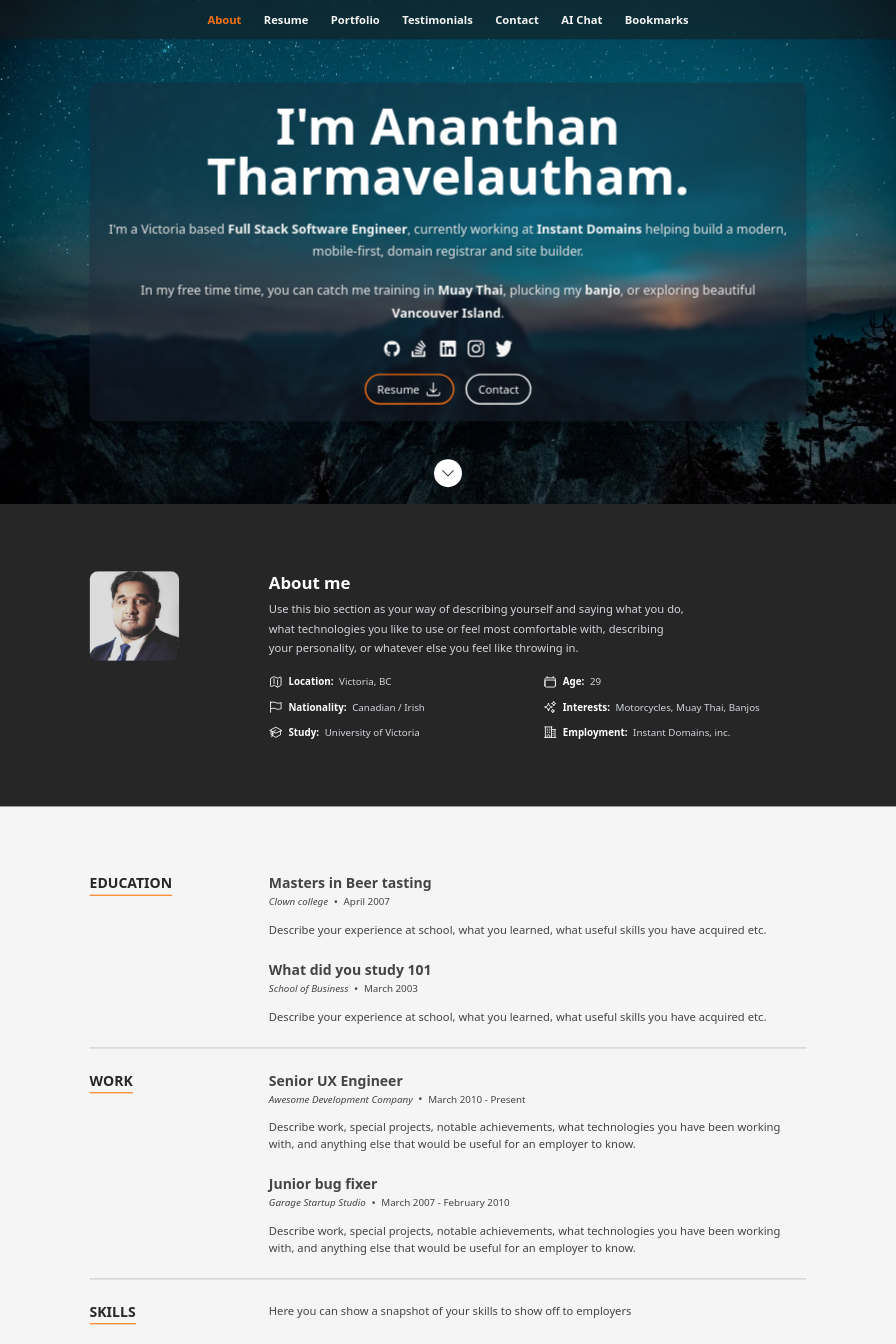
Repository: ananthantharma/portfolio
Page: /
An editor plug-in stored every save of this project. The page is shown before and after the next save, followed by the edit.
The browser window is 1280 px wide. The pictures show the part of the page from y = 0 to 1920 px (the page is 4608 px tall), at 70% of full size.
Backgrounds fixed to the window are drawn as part of the page. The project was rebuilt for these pictures with package versions that can differ from the ones it lists, and the page was loaded fresh each time. The framework's server and built-in components were replaced by stand-ins that run in the browser. Also part of the build but not shown: next.config.js, src/components/Icon/FacebookIcon.tsx.

Above is the page before, as saved 2023-08-30 00:13:38.

After the next save:
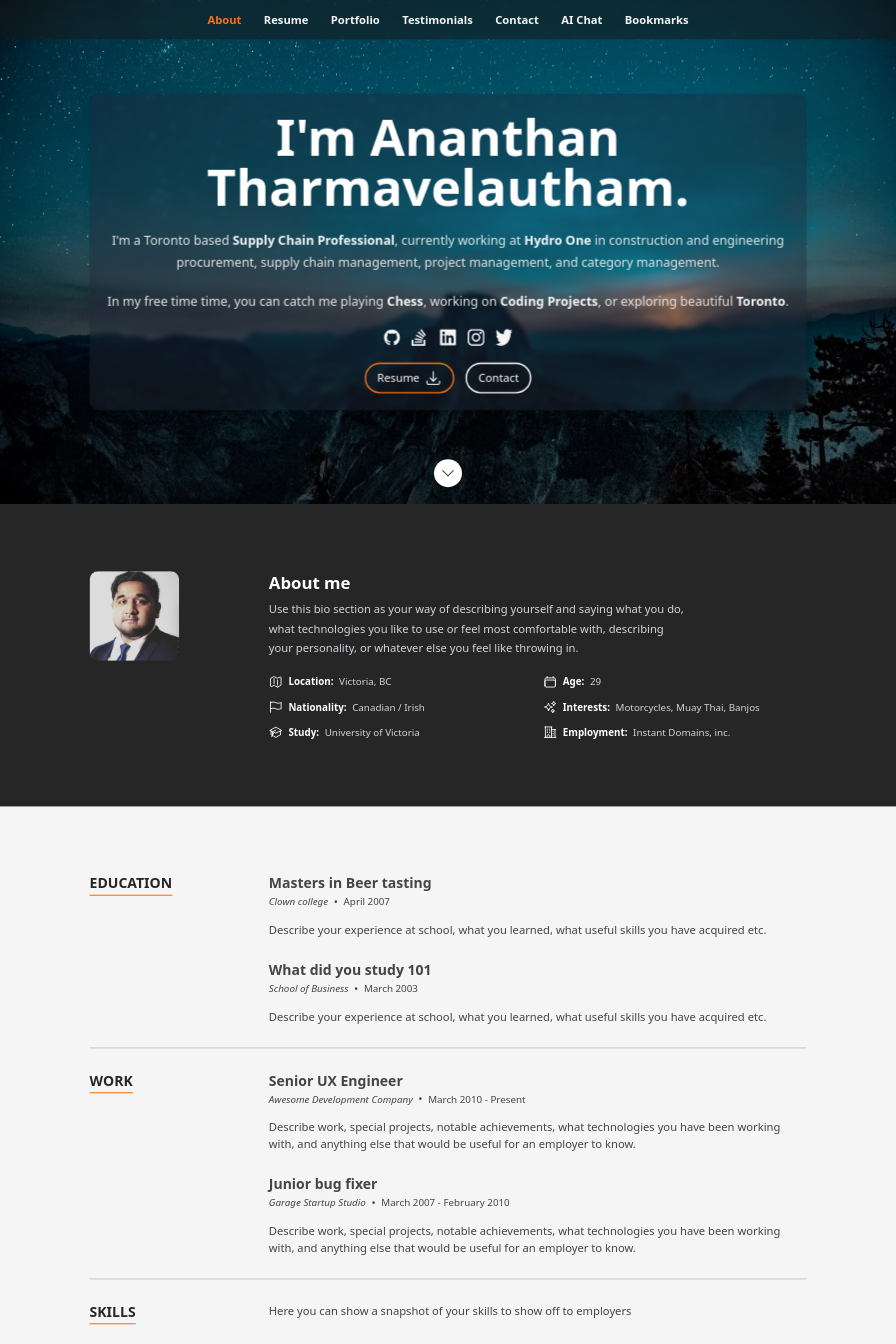
Saved 11 min 49 s later.
--- a/src/data/data.tsx
+++ b/src/data/data.tsx
@@ -73,14 +73,13 @@ export const heroData: Hero = {
   description: (
     <>
       <p className="prose-sm text-stone-200 sm:prose-base lg:prose-lg">
-        I'm a Victoria based <strong className="text-stone-100">Full Stack Software Engineer</strong>, currently working
-        at <strong className="text-stone-100">Instant Domains</strong> helping build a modern, mobile-first, domain
-        registrar and site builder.
+        I'm a Toronto based <strong className="text-stone-100">Supply Chain Professional</strong>, currently working
+        at <strong className="text-stone-100">Hydro One</strong> in construction and engineering procurement, supply chain management, project management, and category management.
       </p>
       <p className="prose-sm text-stone-200 sm:prose-base lg:prose-lg">
-        In my free time time, you can catch me training in <strong className="text-stone-100">Muay Thai</strong>,
-        plucking my <strong className="text-stone-100">banjo</strong>, or exploring beautiful{' '}
-        <strong className="text-stone-100">Vancouver Island</strong>.
+        In my free time time, you can catch me playing <strong className="text-stone-100">Chess</strong>,
+        working on <strong className="text-stone-100">Coding Projects</strong>, or exploring beautiful{' '}
+        <strong className="text-stone-100">Toronto</strong>.
       </p>
     </>
   ),
